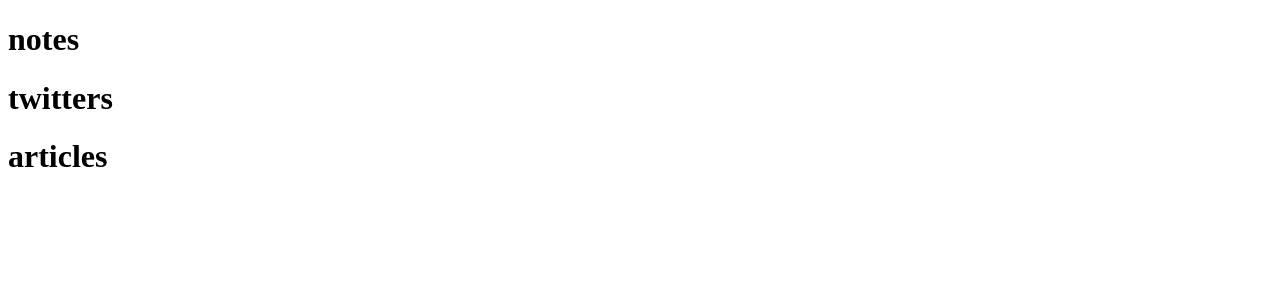
Repository: K009/entertainment-you-need
Page: /twitters
These files come from the project's save history. The page is drawn as it stood at one moment and after the next save; the edit follows.
The browser window is 1280 px wide. The pictures show the whole page.
The project was rebuilt for these pictures with package versions that can differ from the ones it lists, and the page was loaded fresh each time. A package was used in the major version that the imports need, not the one package.json lists. Also part of the build but not shown: src/views/Twitters.js, src/views/Articles.js.

Above is the page before, as saved 2020-06-27 14:57:26.

After the next save:
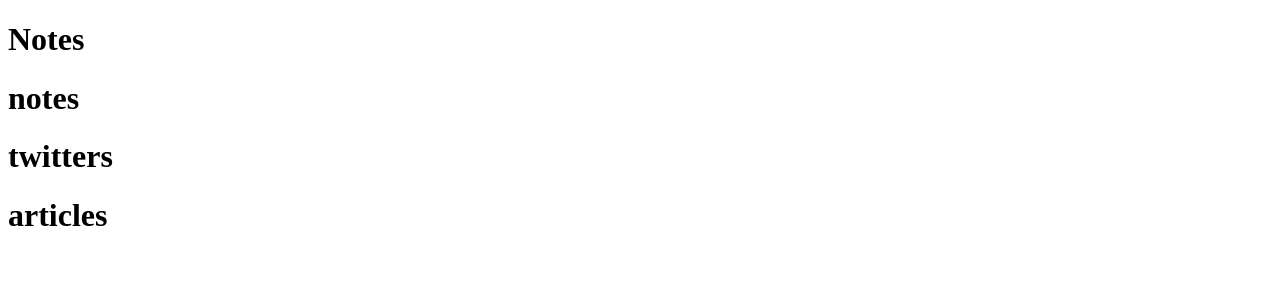
Saved 115 s later.
--- a/src/views/Root.js
+++ b/src/views/Root.js
@@ -8,6 +8,11 @@
 const Root = () => (
   <MainTemplate>
     <BrowserRouter>
+      <Switch>
+        <Route exact path="/" component={Notes} />
+        <Route exact path="/articles" component={Notes} />
+        <Route exact path="/twitters" component={Notes} />
+      </Switch>
       <h1>notes</h1>
       <h1>twitters</h1>
       <h1>articles</h1>
